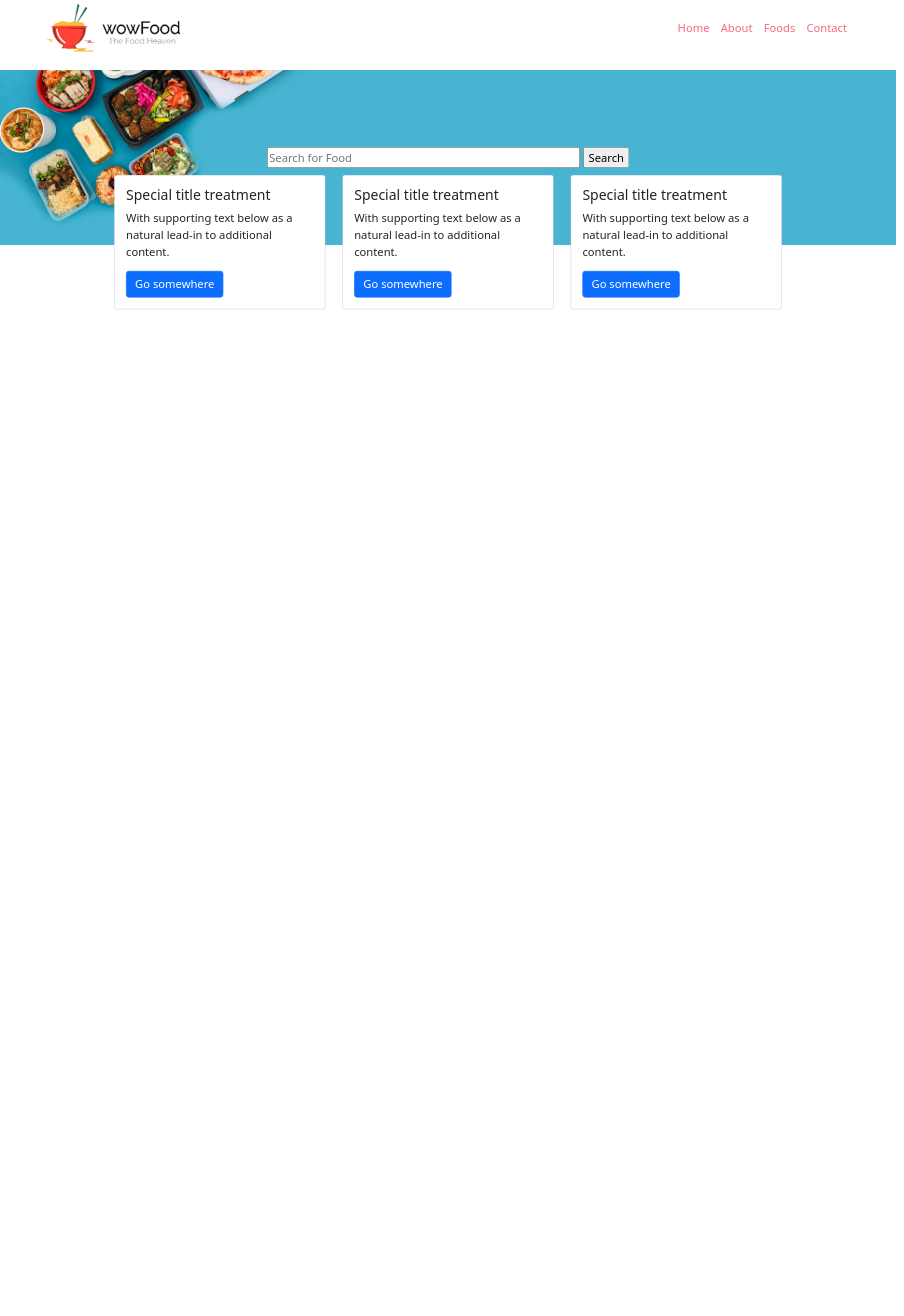
Repository: ruaruababa/RestaurantBS5
Page: html/index.html
These files come from the project's save history. The page is drawn as it stood at one moment and after the next save; the edit follows.
The browser window is 1280 px wide. The page is 1292 px wide, so the pictures cover 1292 px, including what lies to the right of the window. The pictures show the part of the page from y = 0 to 1880 px (the page is 3000 px tall before and 3080 px after), at 70% of full size.

Above is the page before, as saved 2021-09-25 17:06:59.

After the next save:
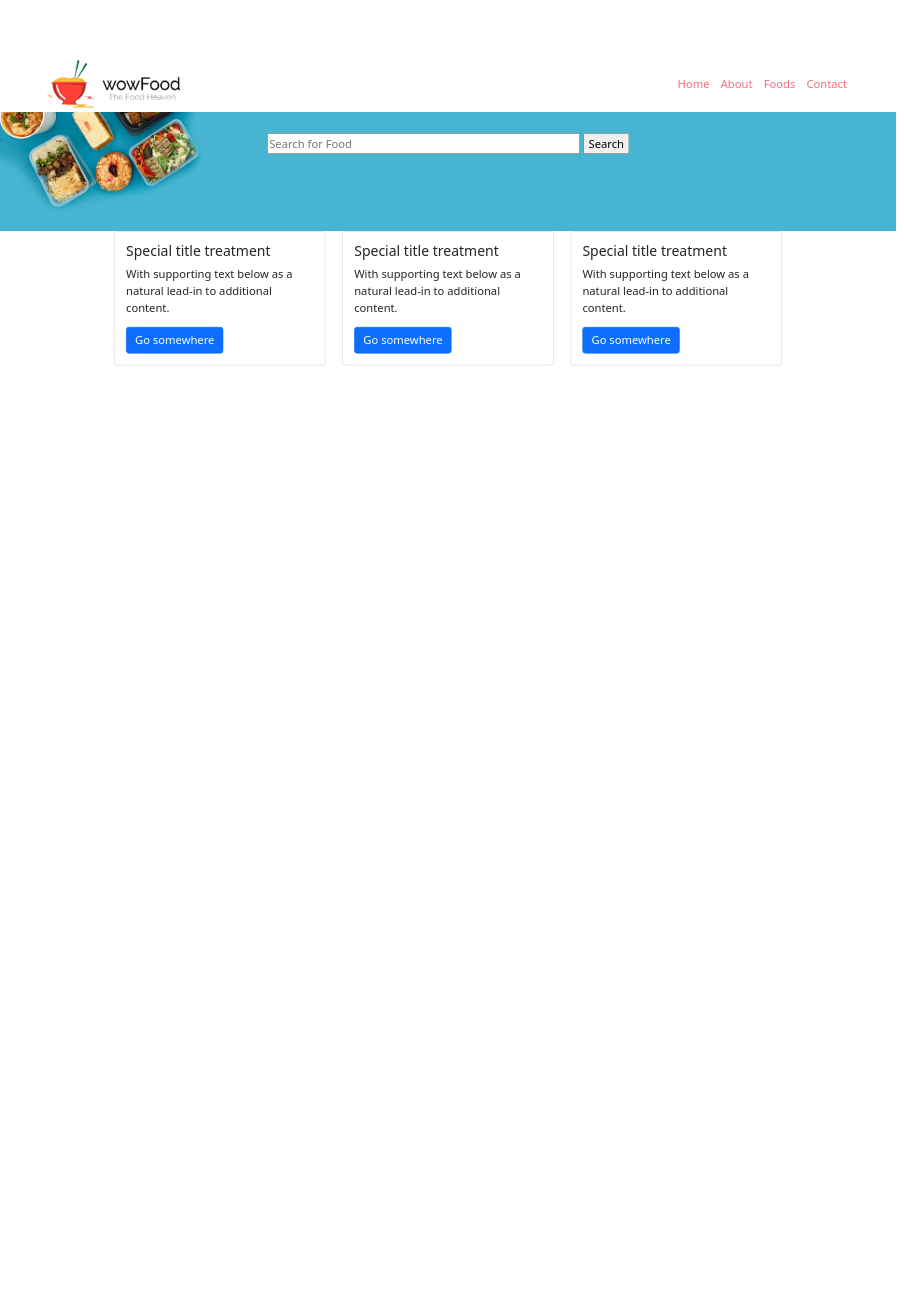
Saved 9 s later.
--- a/html/index.html
+++ b/html/index.html
@@ -44,7 +44,7 @@
 
     <!-- End navbar -->
 
-    <section style="position: relative; top: 100px;">
+    <section style="position: relative; margin-top: 80px;">
         <div class="container-section" style="">
             <img src="/img/bg.jpg" class="img-fluid" alt="Responsive image"
                 style="height:250px; width:100%; object-fit: cover;">
